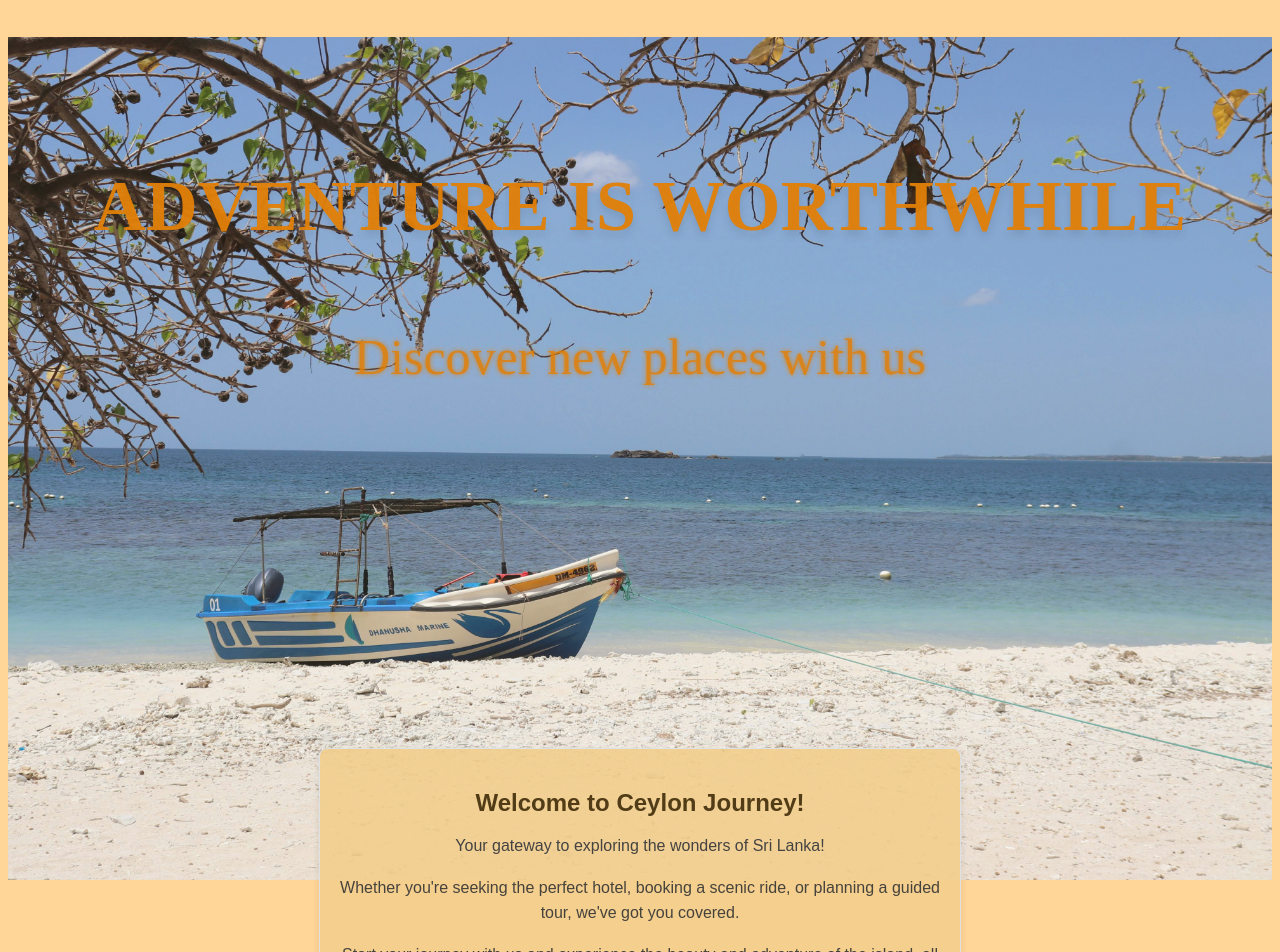
Repository: KasunInd27/Ceylon-Journey
Page: Home/home.html
An editor plug-in stored every save of this project. The page is shown before and after the next save, followed by the edit.
The browser window is 1280 px wide. The pictures show the part of the page from y = 0 to 952 px (the page is 1542 px tall).
A picture or video elsewhere on the page could not be fetched, so the positions and the page height are approximate.

Above is the page before, as saved 2024-10-05 16:08:59.
Console error: SyntaxError: Unexpected token '<'

After the next save:
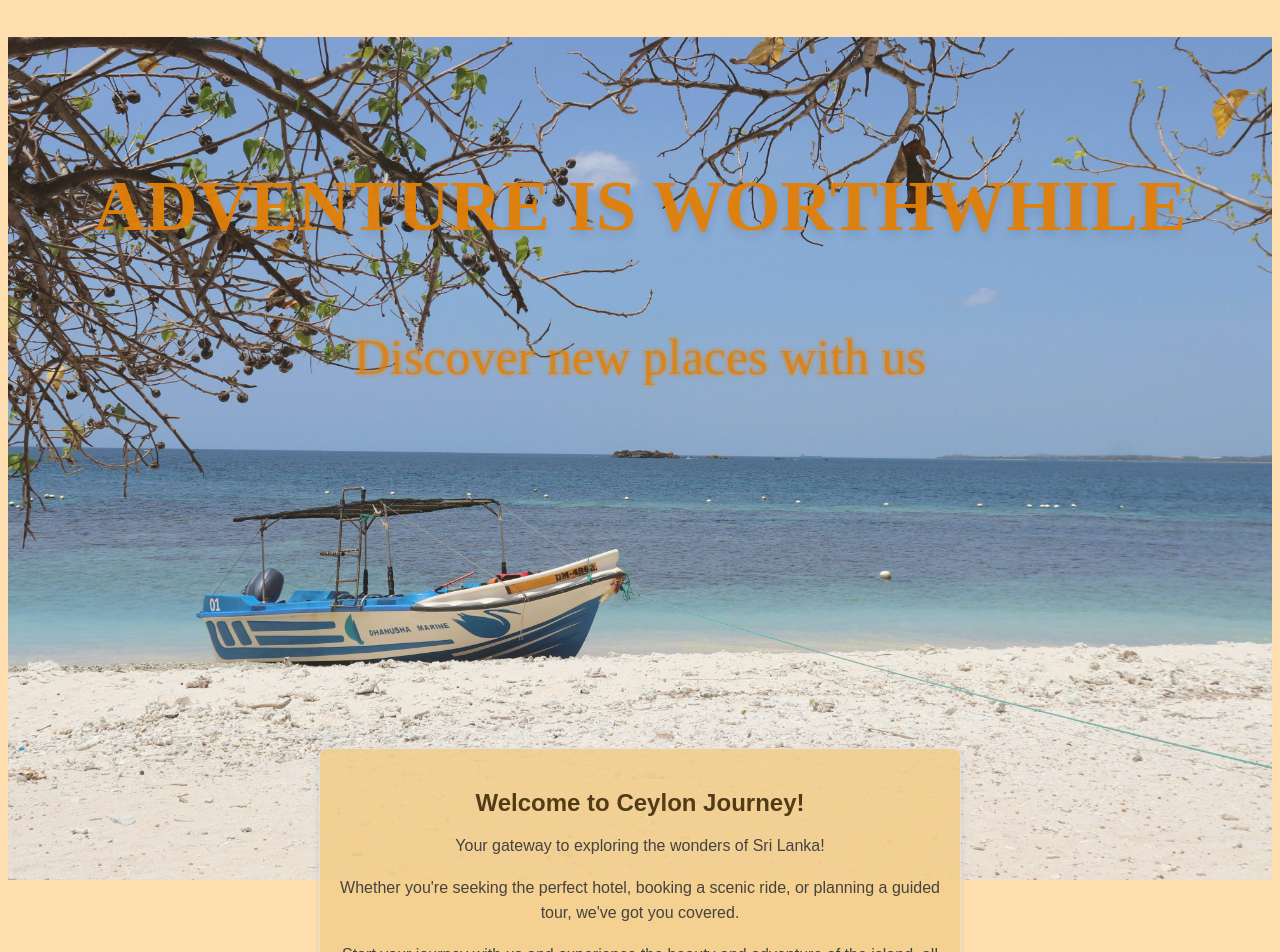
Saved 25 s later.
--- a/Home/CSS/home.css
+++ b/Home/CSS/home.css
@@ -1,5 +1,5 @@
 body{
-    background-color: #ffd698;
+    background-color: #ffdfaf;
 }
 
 .home.controls {
